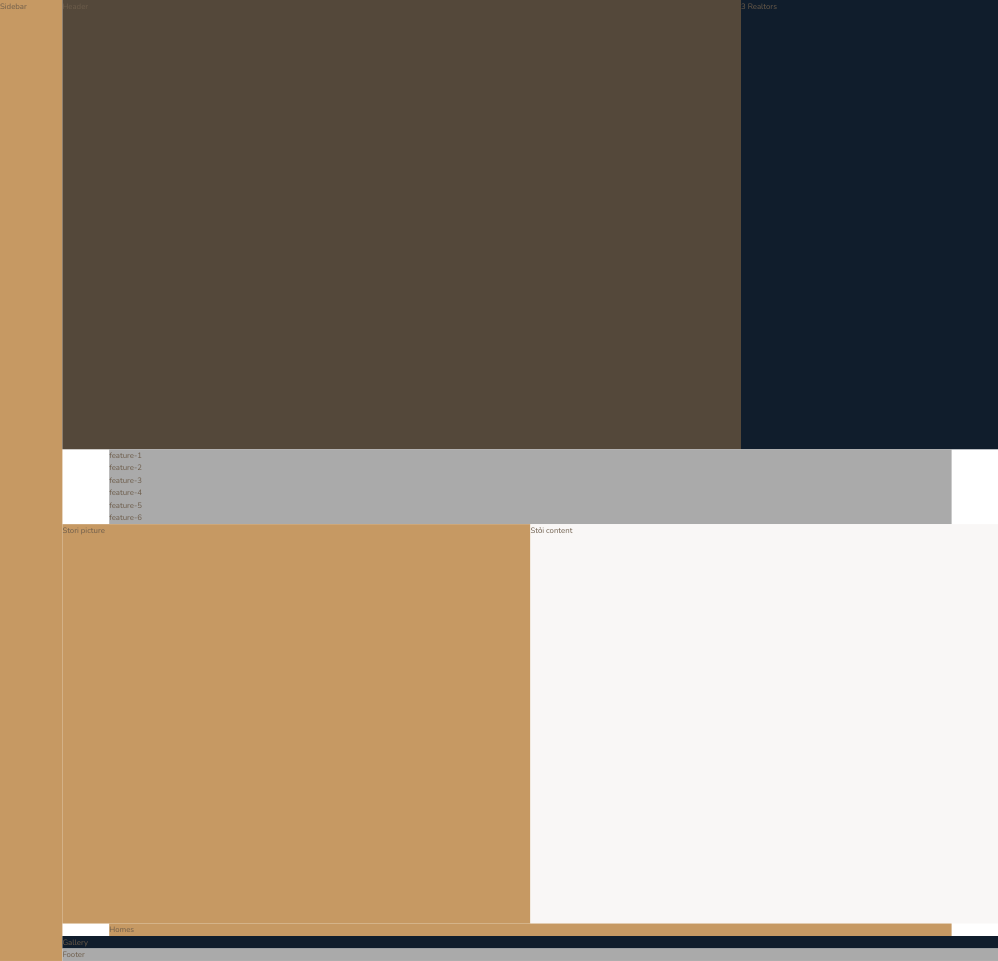
Repository: m2pd/your-home
Page: index.html
The author's editor kept a copy of each file at every save. The page is drawn from the files as they stood at one save, then again after the next save.
The browser window is 1280 px wide. The pictures show the whole page, at 78% of full size.
The style sheet was rebuilt from its Sass, Less or Tailwind sources for each picture, by a compiler version that may differ from the author's.

Above is the page before, as saved 2020-02-27 09:10:48.

After the next save:
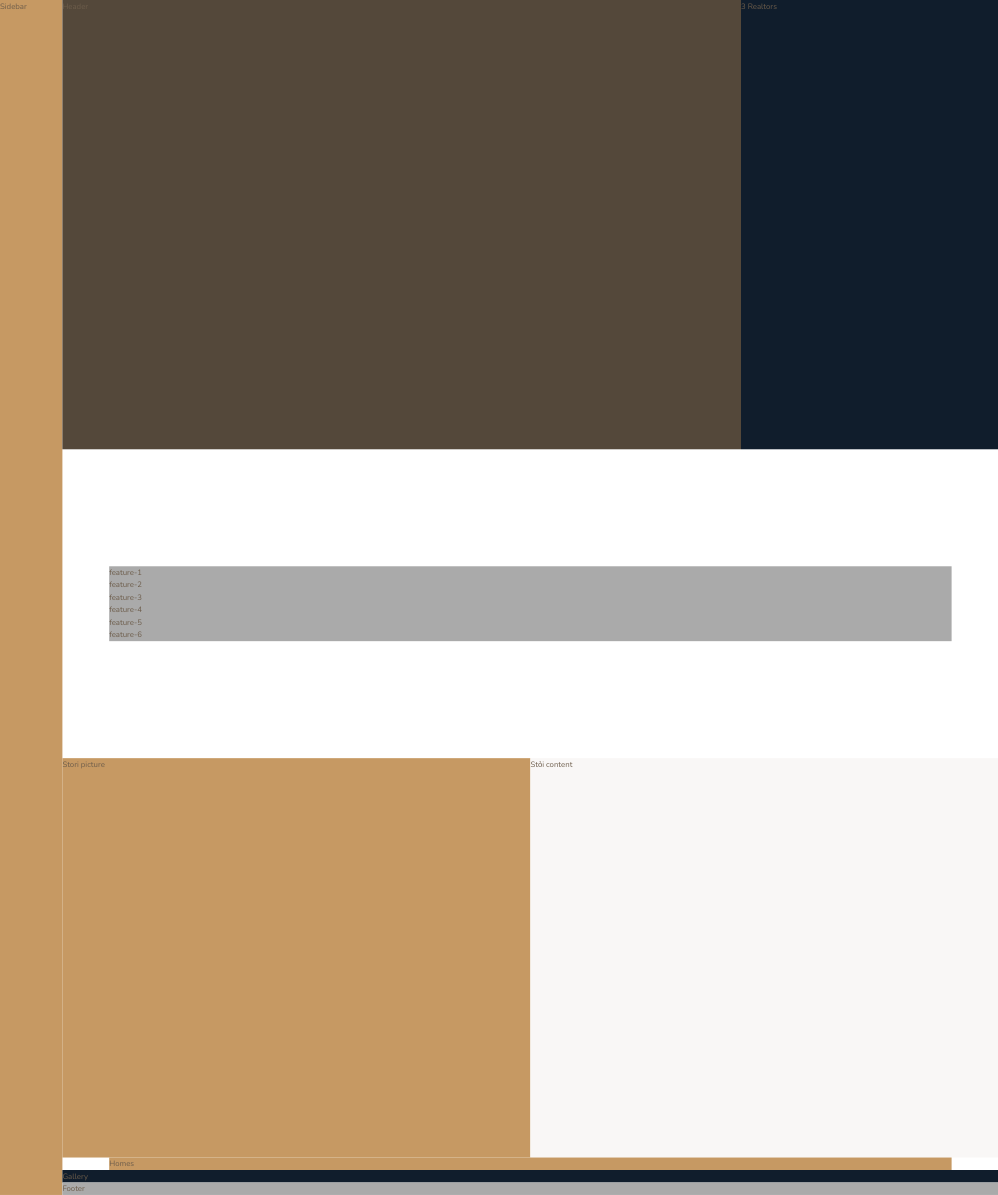
Saved 16 s later.
--- a/sass/_features.scss
+++ b/sass/_features.scss
@@ -1,4 +1,7 @@
 .features{
     background-color: $color-grey-light-2;
     grid-column: center-start /  center-end;
+
+    margin: 15rem 0;
+    display: grid;
 }
